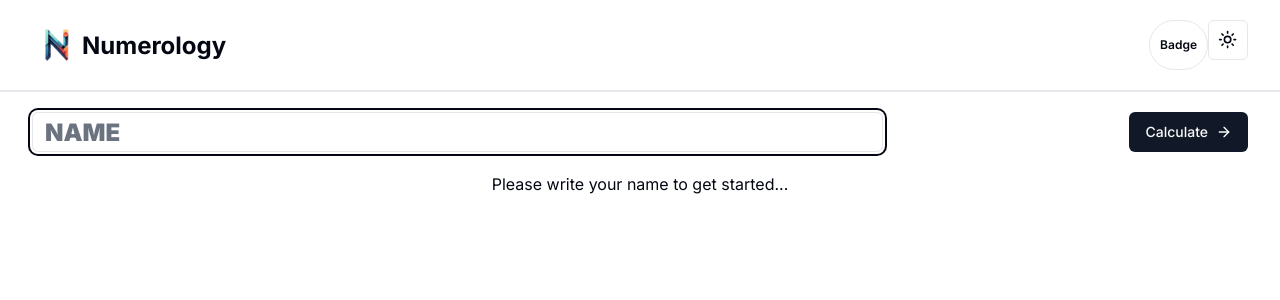
Repository: RaghunadhSahitDruvam/mynumerology
Page: /
An editor plug-in stored every save of this project. The page is shown before and after the next save, followed by the edit.
The browser window is 1280 px wide. The pictures show the whole page.
The project was rebuilt for these pictures with package versions that can differ from the ones it lists, and the page was loaded fresh each time. The framework's server and built-in components were replaced by stand-ins that run in the browser. Also part of the build but not shown: next.config.js, components/ui/alert-dialog.tsx.

Above is the page before, as saved 2023-12-21 08:01:55.

After the next save:
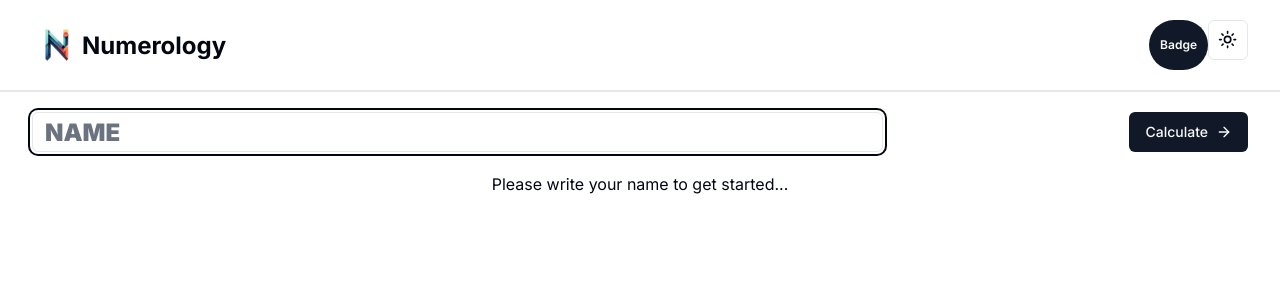
Saved 8 s later.
--- a/components/header.tsx
+++ b/components/header.tsx
@@ -13,7 +13,7 @@ const Header = () => {
           <span className="mt-[10px]">Numerology</span>
         </Link>
         <div className="flex">
-          <Badge variant="outline">Badge</Badge>
+          <Badge variant="default">Badge</Badge>
 
           <ModeToggle />
         </div>
